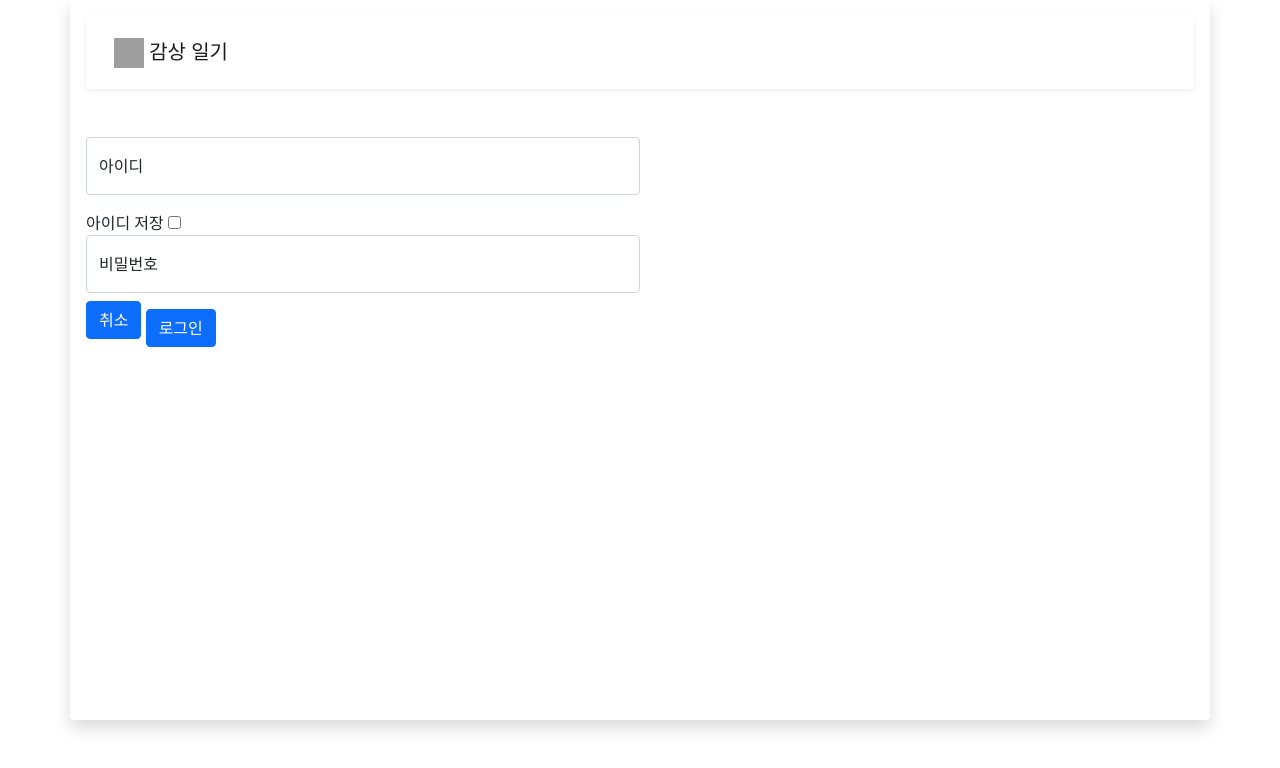
Repository: EunSung98/readMemo
Page: http://localhost/cultureMemoProject/firstStep/login.jsp
The author's editor kept a copy of each file at every save. The page is drawn from the files as they stood at one save, then again after the next save.
The browser window is 1280 px wide. The pictures show the whole page.
Pictures or frames that could not be fetched are drawn as grey boxes. The page is served by Tomcat 9.

Above is the page before, as saved 2023-06-05 06:58:35.

After the next save:
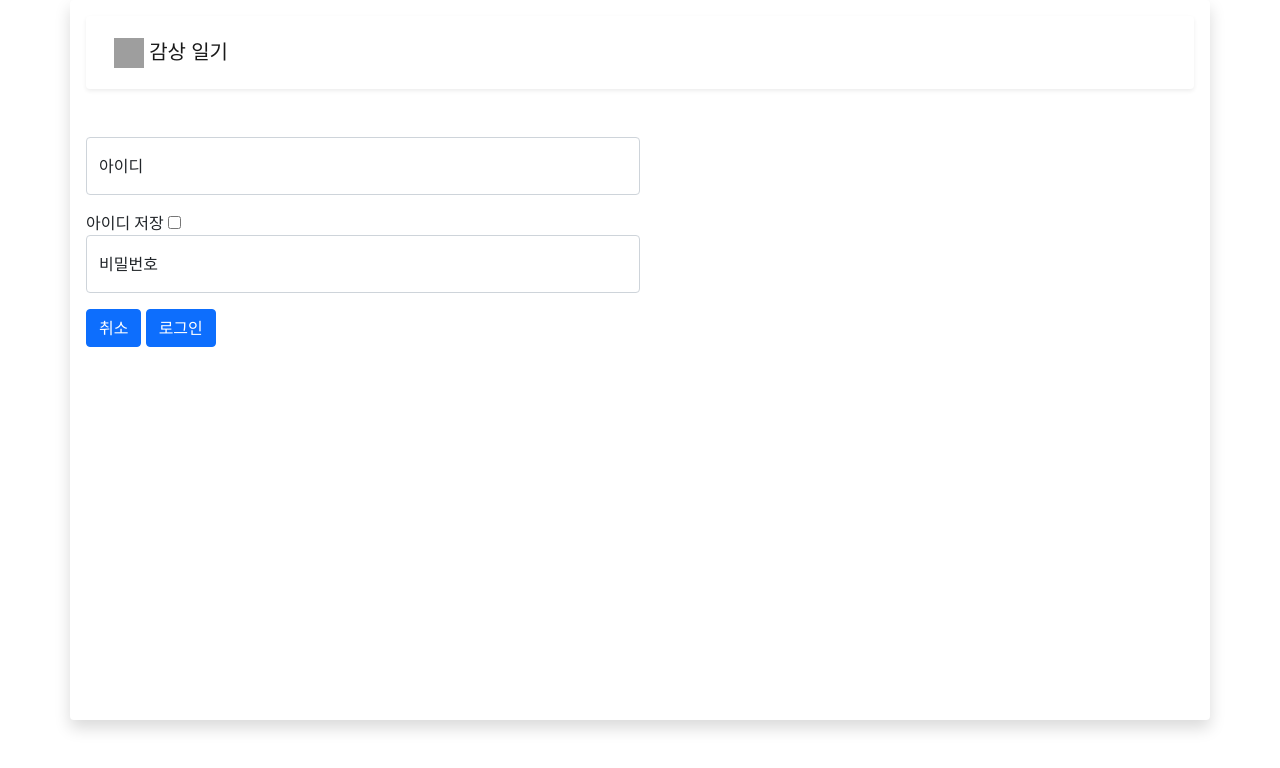
Saved 35 s later.
--- a/cultureMemoProject/src/main/webapp/firstStep/login.jsp
+++ b/cultureMemoProject/src/main/webapp/firstStep/login.jsp
@@ -36,7 +36,7 @@
 	  <input type="password" class="form-control" name="pw" placeholder="Password">
 	  <label for="floatingPassword">비밀번호</label>
 	</div>
-	<button type="button" class="btn btn-primary" onclick="location.href='start.jsp'">취소</button>
+	<button type="button" class="btn btn-primary mt-3" onclick="location.href='start.jsp'">취소</button>
 	<button type="submit" class="btn btn-primary mt-3">로그인</button>
 </form>
 </div>
